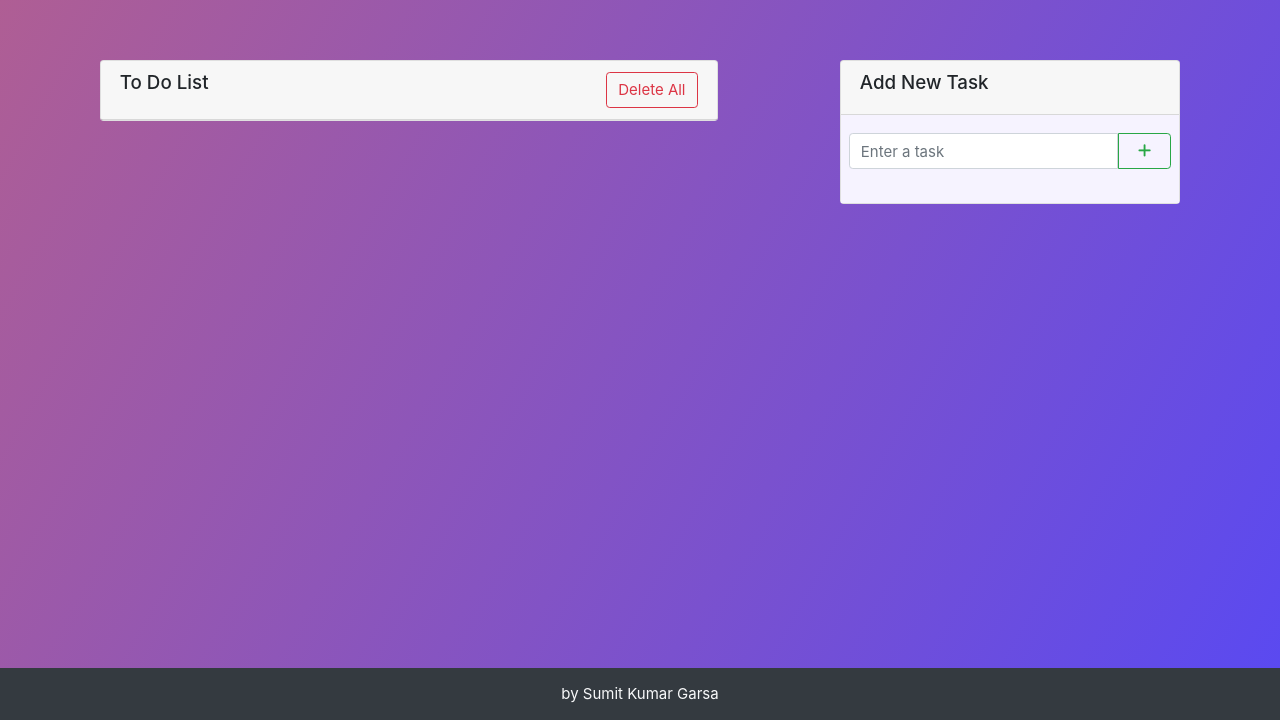
Repository: sumitkumargarssa/100-Web-Development-Series-Project
Page: Project 03 To do List/index.html
An editor plug-in stored every save of this project. The page is shown before and after the next save, followed by the edit.
The browser window is 1280 px wide. The pictures show the whole page.
Some web libraries are served in a nearby version.

Above is the page before, as saved 2024-06-09 21:37:30.

### Project 03 To do List/index.html
<!DOCTYPE html>
<html lang="en">
  <head>
    <meta charset="UTF-8" />
    <meta name="viewport" content="width=device-width, initial-scale=1.0" />
    <meta
      name="keywords"
      content="to do list, online to do list, to do list app"
    />
    <meta
      name="description"
      content="Responsive, online To Do List App that can save the tasks into local storage.
    Whenever you enter from a device, your information won't be lost unless clear local storage by clearing the history or doing something else."
    />
    <meta name="author" content="Okan Uregen" />
    <title>To Do List</title>
    <script
      src="https://kit.fontawesome.com/9c206210e0.js"
      crossorigin="anonymous"
    ></script>
    <link
      rel="stylesheet"
      href="https://stackpath.bootstrapcdn.com/bootstrap/4.5.0/css/bootstrap.min.css"
      integrity="sha384-9aIt2nRpC12Uk9gS9baDl411NQApFmC26EwAOH8WgZl5MYYxFfc+NcPb1dKGj7Sk"
      crossorigin="anonymous"
    />
    <link rel="stylesheet" href="style.css" />
  </head>
  <body>
    <div class="mx-auto container mt-5 row">
      <div class="task-add-box my-3 col-12 col-lg-4 order-lg-3">
        <div class="card">
          <div class="card-header"><h5>Add New Task</h5></div>
          <div class="card-body px-4">
            <form id="addingForm" class="form-group row" action="">
              <input
                class="form-control col-10 col-md-11 col-lg-10"
                type="text"
                placeholder="Enter a task"
              />
              <button
                type="submit"
                class="btn btn-outline-success col-2 col-md-1 col-lg-2"
              >
                <i class="fas fa-plus"></i>
              </button>
            </form>
          </div>
        </div>
      </div>

      <div class="space col-0 col-lg-1 order-lg-2"></div>

      <div class="list-box my-3 col-12 col-lg-7 order-lg-1">
        <div class="card">
          <div class="card-header">
            <h5 class="float-left">To Do List</h5>
            <a
              href=""
              class="float-right btn btn-outline-danger rounded"
              id="delAll"
            >
              Delete All
            </a>
          </div>
          <div class="card-body p-0">
            <ul id="mainList" class="list-group">
              <div id="accordion">
                <li id="upperLi" class="list-group-item d-none">
                  <a
                    href="#collapse0"
                    class="card-link list-item line-throught"
                    data-toggle="collapse"
                  >
                    <!--Text Here-->
                  </a>

                  <a
                    href="#"
                    class="delete-item text-danger float-right fas fa-times mt-1 mx-1"
                  ></a>
                  <a
                    href="#"
                    class="check text-success float-right fas fa-check mt-1 mx-4"
                  ></a>
                  <div id="collapse0" class="collapse" data-parent="#accordion">
                    <div class="under-list-item">
                      <ul class="list-group">
                        <li id="innerLi" class="list-group-item">
                          <span class="m-0 p-0"><!--Text Here--></span>
                          <a
                            href="#"
                            class="d-none delete-inner-item text-danger float-right fas fa-times mt-1 mx-1"
                          ></a>
                          <a
                            href="#"
                            class="d-none inner-check text-success float-right fas fa-check mt-1 mx-4"
                          ></a>
                        </li>
                        <div class="mt-2 under-list-input px-4">
                          <form action="" class="form-group row">
                            <input
                              class="form-control col-10 col-md-11"
                              type="text"
                              placeholder="Enter Subtask"
                            />
                            <button
                              type="submit"
                              class="btn-add-inner-task btn btn-primary col-2 col-md-1 p-0"
                            >
                              <i class="i-add-inner-task fas fa-plus"></i>
                            </button>
                          </form>
                        </div>
                      </ul>
                    </div>
                  </div>
                </li>
              </div>
            </ul>
          </div>
        </div>
      </div>
    </div>

    <footer class="bg-dark text-light text-center p-3">
      <a href="https://www.github.com/okanuregen" class="text-light"
        >by Sumit Kumar Garsa</a
      >
    </footer>

    <script src="script2.js"></script>
    <script
      src="https://code.jquery.com/jquery-3.5.1.slim.min.js"
      integrity="sha384-DfXdz2htPH0lsSSs5nCTpuj/zy4C+OGpamoFVy38MVBnE+IbbVYUew+OrCXaRkfj"
      crossorigin="anonymous"
    ></script>
    <script
      src="https://cdn.jsdelivr.net/npm/popper.js@1.16.0/dist/umd/popper.min.js"
      integrity="sha384-Q6E9RHvbIyZFJoft+2mJbHaEWldlvI9IOYy5n3zV9zzTtmI3UksdQRVvoxMfooAo"
      crossorigin="anonymous"
    ></script>
    <script
      src="https://stackpath.bootstrapcdn.com/bootstrap/4.5.0/js/bootstrap.min.js"
      integrity="sha384-OgVRvuATP1z7JjHLkuOU7Xw704+h835Lr+6QL9UvYjZE3Ipu6Tp75j7Bh/kR0JKI"
      crossorigin="anonymous"
    ></script>
  </body>
</html>

### Project 03 To do List/style.css
html {
    font-size: 15px;
  }

  body {
    background: -webkit-gradient(
        linear,
        left top,
        right bottom,
        from(#af5e94),
        to(#5949f2)
      )
      fixed;
  }

  a {
    color: black;
    text-decoration: none;
  }
  a:hover {
    text-decoration: none;
  }
  .card {
    background-color: #fff;
  }
  .card-body,
  ul {
    background-color: rgb(246, 243, 255);
    min-height: 0px;
  }
  .form-control {
    border-top-right-radius: 0;
    border-bottom-right-radius: 0;
  }
  .btn {
    border-top-left-radius: 0;
    border-bottom-left-radius: 0;
  }
  .list-item {
    color: rgb(101, 101, 255);
  }
  .list-group-item {
    background-color: inherit;
    border: none;
  }
  .under-list-item {
    font-size: 0.9rem;
  }
  .under-list-item .list-group-item {
    color: rgb(78, 78, 78);
  }

  .under-list-input input {
    height: calc(1em + 0.75rem);
  }

  .line-throught {
    text-decoration: line-through;
  }

  footer {
    position: fixed;
    width: 100%;
    bottom: 0;
  }

  @media (max-width: 992px) {
    .container,
    .row {
      padding: 0;
      margin: 0 auto;
    }
    .btn-outline-danger {
      font-size: 0.9rem;
    }
    footer {
      position: relative;
      margin-top: 420px;
    }
  }
  @media (max-width: 400px) {
    #dellAll {
      font-size: 0.7rem;
    }
  }

### Project 03 To do List/script2.js
let allTasks = [];
let innerTasks = [];

let count = 1; //for identical collapse id
const upperLi = document.getElementById("upperLi");
const innerLi = document.getElementById("innerLi");
const mainForm = document.getElementById("addingForm");
const mainInput = addingForm.children[0];
const mainList = document.getElementById("mainList");
const delAll = document.getElementById("delAll");

eventListeners();
loadLS();
loadInnerTasks();

// all Listeners
function eventListeners() {
  //submit event
  mainForm.addEventListener("submit", addNewItem);

  //task stufs
  mainList.addEventListener("click", taskStufs);

  //delete all tasks
  delAll.addEventListener("click", deleteAll);
}

//to creat new task
function createNewTask(text, check) {
  //to clone upper visible li in html page
  const newLi = upperLi.cloneNode(true);
  //making visible the new li
  newLi.classList.remove("d-none");
  //removing id
  newLi.setAttribute("id", "");

  newLi.children[0].setAttribute("href", `#collapse${count}`); //identical colapseId

  newLi.children[0].classList.remove("line-throught");

  newLi.children[0].innerText = text;
  if (check === true) {
    newLi.children[0].classList.add("line-throught");
  } else {
    newLi.children[0].classList.remove("line-throught");
  }
  newLi.children[3].setAttribute("id", `collapse${count}`);

  mainList.children[0].appendChild(newLi);

  count++; //for different value of collapseId
  mainInput.value = "";
}

//add New Task
function addNewItem(e) {
  e.preventDefault();
  //entered text
  const taskText = mainInput.value;

  if (taskText != "") {
    allTasks = JSON.parse(localStorage.getItem("allTasks"));
    let c = false;
    allTasks.forEach(function (item) {
      if (item.text == taskText) {
        c = true;
        alert("Task Already Added");
      }
    });
    if (c == false) {
      createNewTask(taskText);
      saveLS(taskText, 1);
    }
  }
}

//to add Inner Tasks
function addInnerTask(upperText, mainText, check) {
  //to clone inner visible li from html page
  let tempLi = innerLi.cloneNode(true);
  tempLi.setAttribute("id", "");

  //making visible check and delete icons.
  tempLi.childNodes.forEach(function (item, index) {
    if (index == 3 || index == 5) {
      item.classList.remove("d-none");
    }
  });
  //to add the value to new li text
  tempLi.children[0].innerText = mainText;

  //check
  if (check == true) {
    tempLi.children[0].classList.add("line-throught");
  } else {
    tempLi.children[0].classList.remove("line-throught");
  }

  //adding new inner task to last of the list before form
  let tempList;
  for (let i = 1; i < mainList.children[0].children.length; i++) {
    if (upperText == mainList.children[0].children[i].children[0].innerText) {
      tempList = mainList.children[0].children[i];
      break;
    }
  }

  //adding inner to upper
  tempList.lastElementChild.firstElementChild.firstElementChild.insertBefore(
    tempLi,
    tempList.lastElementChild.firstElementChild.firstElementChild
      .lastElementChild
  );
}

//delete and check a task - add new inner task
function taskStufs(e) {
  e.preventDefault();
  //delete item
  if (e.target.classList.contains("delete-item")) {
    //remove LS

    const text = e.target.parentElement.children[0].innerText;
    saveLS(text, 0);

    //remove inner tasks of it
    let tempInnerList = JSON.parse(localStorage.getItem("innerTasks"));

    tempInnerList.forEach(function (item) {
      if (text == item.upperTaskText) {
        saveInnerTasks(item.mainText, 0, text);
      }
    });

    //remove from page
    e.target.parentElement.remove();

    // to check an inner task
  } else if (e.target.classList.contains("delete-inner-item")) {
    const upperText =
      e.target.parentElement.parentElement.parentElement.parentElement
        .parentElement.children[0].innerText;
    //removing LS
    saveInnerTasks(e.target.parentElement.children[0].innerText, 0, upperText);

    //Removing Page
    e.target.parentElement.remove();
  } else if (e.target.classList.contains("check")) {
    let tmpList = JSON.parse(localStorage.getItem("allTasks"));

    if (
      e.target.parentElement.children[0].classList.contains("line-throught")
    ) {
      for (let i = 0; i < tmpList.length; i++) {
        if (tmpList[i].text == e.target.parentElement.children[0].innerText) {
          tmpList[i].check = false;
          localStorage.setItem("allTasks", JSON.stringify(tmpList));
          break;
        }
      }

      e.target.parentElement.children[0].classList.remove("line-throught");
    } else {
      for (let i = 0; i < tmpList.length; i++) {
        if (tmpList[i].text == e.target.parentElement.children[0].innerText) {
          tmpList[i].check = true;
          localStorage.setItem("allTasks", JSON.stringify(tmpList));
          break;
        }
      }

      e.target.parentElement.children[0].classList.add("line-throught");
    }

    //adding inner task with button
  } else if (e.target.classList.contains("inner-check")) {
    let tmp = JSON.parse(localStorage.getItem("innerTasks"));

    const upperText =
      e.target.parentElement.parentElement.parentElement.parentElement
        .parentElement.children[0].innerText;

    if (
      e.target.parentElement.children[0].classList.contains("line-throught")
    ) {
      tmp.forEach(function (item) {
        if (
          item.mainText == e.target.parentElement.children[0].innerText &&
          item.upperTaskText == upperText
        ) {
          item.check = false;
          localStorage.setItem("innerTasks", JSON.stringify(tmp));
        }
      });
      e.target.parentElement.children[0].classList.remove("line-throught");
    } else {
      tmp.forEach(function (item) {
        if (
          item.mainText == e.target.parentElement.children[0].innerText &&
          item.upperTaskText == upperText
        ) {
          item.check = true;
          localStorage.setItem("innerTasks", JSON.stringify(tmp));
        }
      });
      e.target.parentElement.children[0].classList.add("line-throught");
    }
  } else if (e.target.classList.contains("btn-add-inner-task")) {
    //getting value of input
    const text = e.target.parentElement.childNodes[1].value;

    if (text != "") {
      innerTasks = JSON.parse(localStorage.getItem("innerTasks"));

      //getting upper text
      const upperText =
        e.target.parentElement.parentElement.parentElement.parentElement
          .parentElement.parentElement.children[0].innerText;

      let c = true;
      innerTasks.forEach(function (item) {
        if (item.mainText == text && item.upperTaskText == upperText) {
          c = false;
          alert("Task Already Added");
        }
      });
      if (c == true) {
        //adding innerTask List
        innerTasks.push({
          upperTaskText: upperText,
          mainText: text,
          check: false,
        });
        addInnerTask(upperText, text);
        saveInnerTasks(innerTasks[innerTasks.length - 1], 1);
      }
    }
    //clear input
    e.target.parentElement.childNodes[1].value = "";

    //adding inner task with i tag that in the button
    //same things with adding with btn
  } else if (e.target.classList.contains("i-add-inner-task")) {
    let text = e.target.parentElement.parentElement.childNodes[1].value;

    if (text != "") {
      //getting upper text
      const upperText =
        e.target.parentElement.parentElement.parentElement.parentElement
          .parentElement.parentElement.parentElement.children[0].innerText;

      //adding innerTask List
      innerTasks.push({ upperTaskText: upperText, mainText: text });

      addInnerTask(upperText, text);
      saveInnerTasks(innerTasks[innerTasks.length - 1], 1);

      //clear input
      e.target.parentElement.parentElement.childNodes[1].value = "";
    }
  }
}
//delete all
function deleteAll(e) {
  e.preventDefault();

  let list =
    e.target.parentElement.parentElement.children[1].children[0].childNodes[1]
      .children;

  while (list.length != 1) {
    //block the remove main invisible li in html
    list[list.length - 1].remove();
  }
  saveLS("", -1);
  saveInnerTasks("", -1);
}

//loading Main Tasks
function loadLS() {
  if (localStorage.getItem("allTasks") === null) {
    localStorage.setItem("allTasks", JSON.stringify(allTasks));
  } else {
    allTasks = JSON.parse(localStorage.getItem("allTasks"));

    allTasks.forEach(function (item) {
      if (item != "") {
        createNewTask(item.text, item.check);
      }
    });
  }
}

//loading Inner Tasks
function loadInnerTasks() {
  if (localStorage.getItem("innerTasks") === null) {
    localStorage.setItem("innerTasks", JSON.stringify(innerTasks));
  } else {
    innerTasks = JSON.parse(localStorage.getItem("innerTasks"));

    innerTasks.forEach(function (item) {
      if (item.mainText != "") {
        addInnerTask(item.upperTaskText, item.mainText, item.check);
      }
    });
  }
}

//saving Main Tasks
function saveLS(text, index) {
  //if index = 1 add, = 0 remove, =-1 remove all
  if (index == -1) {
    localStorage.removeItem("allTasks");
    allTasks.length = 0;
    loadLS();
  } else if (index == 0) {
    const tmp = JSON.parse(localStorage.getItem("allTasks"));
    let c;
    tmp.forEach(function (item, ind) {
      if (item.text == text) c = ind;
    });
    tmp.splice(c, 1);
    localStorage.setItem("allTasks", JSON.stringify(tmp));

    //delete inner tasks whose upper text that
    const tmp2 = JSON.parse(localStorage.getItem("innerTasks"));

    for (let i = 0; i < tmp2.length; i++) {
      if (tmp2[i].upperTaskText == text) {
        saveInnerTasks(tmp[i], 0);
      }
    }
  } else if (index == 1) {
    const tmp = JSON.parse(localStorage.getItem("allTasks"));
    tmp.push({ text: text, check: false });
    localStorage.setItem("allTasks", JSON.stringify(tmp));
  }
}

//saving Inner Tasks
function saveInnerTasks(item, index, upperText = "") {
  //if index = 1 add, = 0 remove, =-1 remove all, 2 check, =3 removeCheck
  if (index == -1) {
    localStorage.removeItem("innerTasks");
    innerTasks.length = 0;
    loadInnerTasks();
  } else if (index == 0) {
    const tmp = JSON.parse(localStorage.getItem("innerTasks"));

    let cont = false;
    let c;
    tmp.forEach(function (e, ind) {
      if (e.mainText == item && e.upperTaskText == upperText) {
        c = ind;
        cont = true;
      }
    });
    if (cont) {
      tmp.splice(c, 1);
      localStorage.setItem("innerTasks", JSON.stringify(tmp));
    }
  } else if (index == 1) {
    const tmp = JSON.parse(localStorage.getItem("innerTasks"));
    tmp.push(item);
    localStorage.setItem("innerTasks", JSON.stringify(tmp));
  }
}

After the next save:
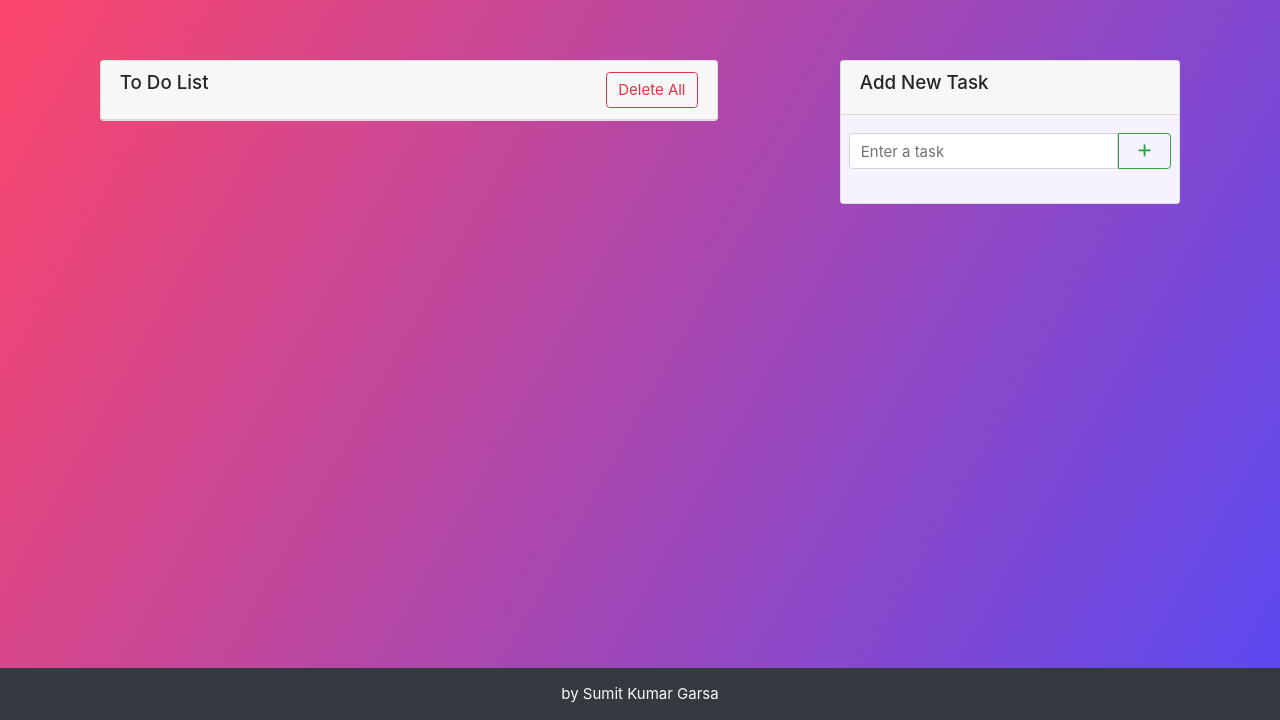
Saved 7 s later.
--- a/Project 03 To do List/style.css
+++ b/Project 03 To do List/style.css
@@ -7,7 +7,7 @@ html {
         linear,
         left top,
         right bottom,
-        from(#af5e94),
+        from(#fc466b),
         to(#5949f2)
       )
       fixed;
